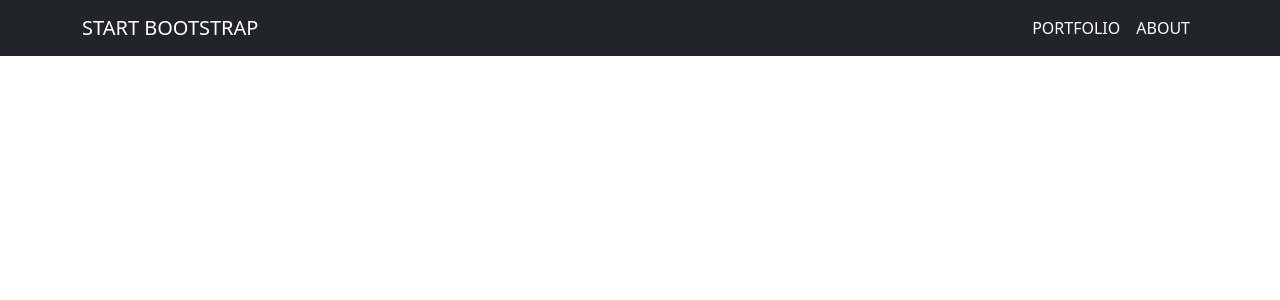
Repository: 7JaxeN7/WT-1255P-Mehmet_BEZC-
Page: index.html
These files come from the project's save history. The page is drawn as it stood at one moment and after the next save; the edit follows.
The browser window is 1280 px wide. The pictures show the whole page.

Above is the page before, as saved 2025-01-06 18:41:15.

### index.html
<!DOCTYPE html>
<html lang="tr">

<head>
  <meta charset="UTF-8">
  <meta name="viewport" content="width=device-width, initial-scale=1.0">
  <link href="https://cdn.jsdelivr.net/npm/bootstrap@5.3.3/dist/css/bootstrap.min.css" rel="stylesheet"
    integrity="sha384-QWTKZyjpPEjISv5WaRU9OFeRpok6YctnYmDr5pNlyT2bRjXh0JMhjY6hW+ALEwIH" crossorigin="anonymous">
  <title>Start Bootstrap</title>
</head>

<body>
  <header>
    <nav class="navbar navbar-expand-lg bg-dark">
      <!-- Burada ne yaparsam yapayım navbar-bg olarak yaptığımda style.css tanımlayarak istenilen renk olmadı. Bu şekilde geçici çözüm buldum. Deneyeibilirsiniz, olmuyor... -->
      <div class="container">
        <a class="navbar-brand text-white" href="#">START BOOTSTRAP</a>
        <button class="navbar-toggler" type="button" data-bs-toggle="collapse" data-bs-target="#navbarNav"
          aria-controls="navbarNav" aria-expanded="false" aria-label="Toggle navigation">
          <span class="navbar-toggler-icon"></span>
        </button>
        <div class="collapse navbar-collapse" id="navbarNav">
          <ul class="navbar-nav ms-auto">
            <li class="nav-item">
              <a class="nav-link text-white" href="#">PORTFOLIO</a>
            </li>
            <li class="nav-item">
              <a class="nav-link text-white" href="#">ABOUT</a>
            </li>
          </ul>
        </div>
      </div>
    </nav>
  </header>
  <!-- Burası bootstrap script kısmı -->
  <script src="https://cdn.jsdelivr.net/npm/bootstrap@5.3.3/dist/js/bootstrap.bundle.min.js"
    integrity="sha384-YvpcrYf0tY3lHB60NNkmXc5s9fDVZLESaAA55NDzOxhy9GkcIdslK1eN7N6jIeHz"
    crossorigin="anonymous"></script>
</body>

</html>

After the next save:
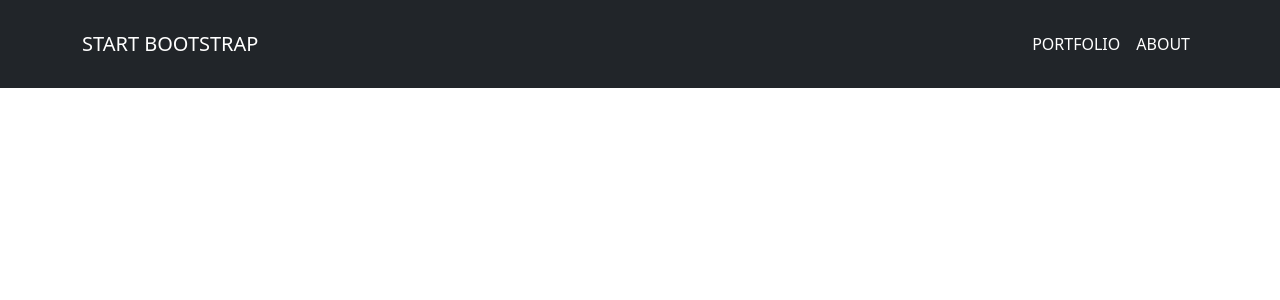
Saved 37 s later.
--- a/index.html
+++ b/index.html
@@ -13,7 +13,7 @@
   <header>
     <nav class="navbar navbar-expand-lg bg-dark">
       <!-- Burada ne yaparsam yapayım navbar-bg olarak yaptığımda style.css tanımlayarak istenilen renk olmadı. Bu şekilde geçici çözüm buldum. Deneyeibilirsiniz, olmuyor... -->
-      <div class="container">
+      <div class="container pt-3 pb-3">
         <a class="navbar-brand text-white" href="#">START BOOTSTRAP</a>
         <button class="navbar-toggler" type="button" data-bs-toggle="collapse" data-bs-target="#navbarNav"
           aria-controls="navbarNav" aria-expanded="false" aria-label="Toggle navigation">
